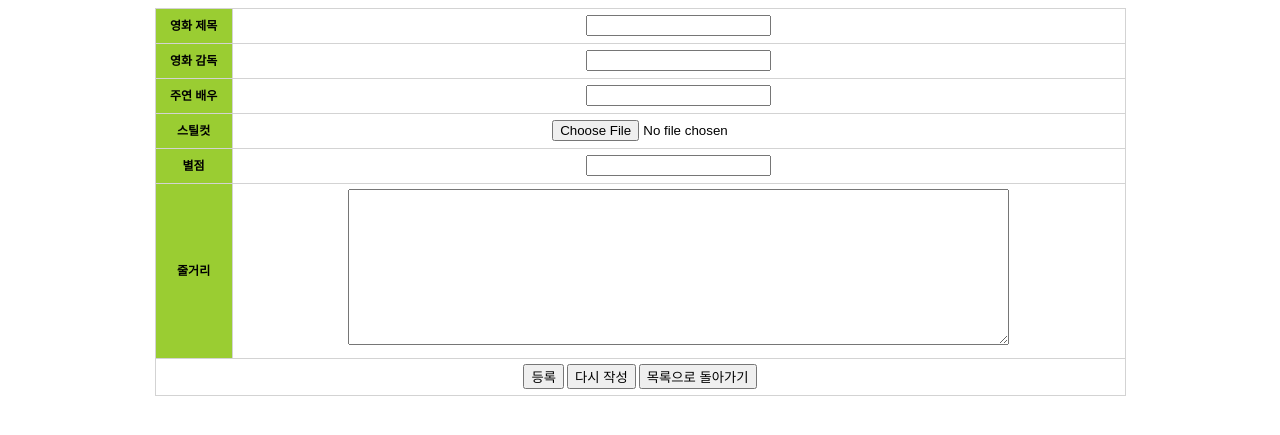
Repository: ghlcjf/home
Page: http://localhost/movieHome/movieInsert
An editor plug-in stored every save of this project. The page is shown before and after the next save, followed by the edit.
The browser window is 1280 px wide. The pictures show the whole page.
The page is served by Tomcat 9.

Above is the page before, as saved 2022-12-06 14:08:49.

After the next save:
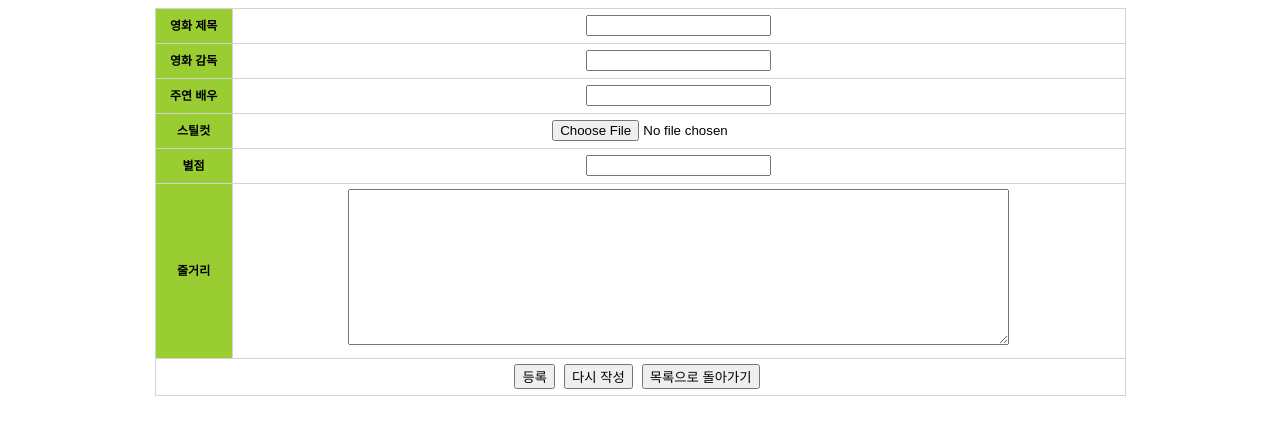
Saved 23 s later.
--- a/movieHome/WebContent/movie/movieInsert.jsp
+++ b/movieHome/WebContent/movie/movieInsert.jsp
@@ -50,9 +50,9 @@
 			</tr>
 			<tr>
 				<td colspan="2">
-					<button type="submit">등록</button>
-					<button type="reset">다시 작성</button>
-					<button type="button" onclick="movieList">목록으로 돌아가기</button>
+					<button type="submit">등록</button>&nbsp;&nbsp;
+					<button type="reset">다시 작성</button>&nbsp;&nbsp;
+					<button type="button" onclick="movieList">목록으로 돌아가기</button>&nbsp;&nbsp;
 				</td>
 			</tr>
 
